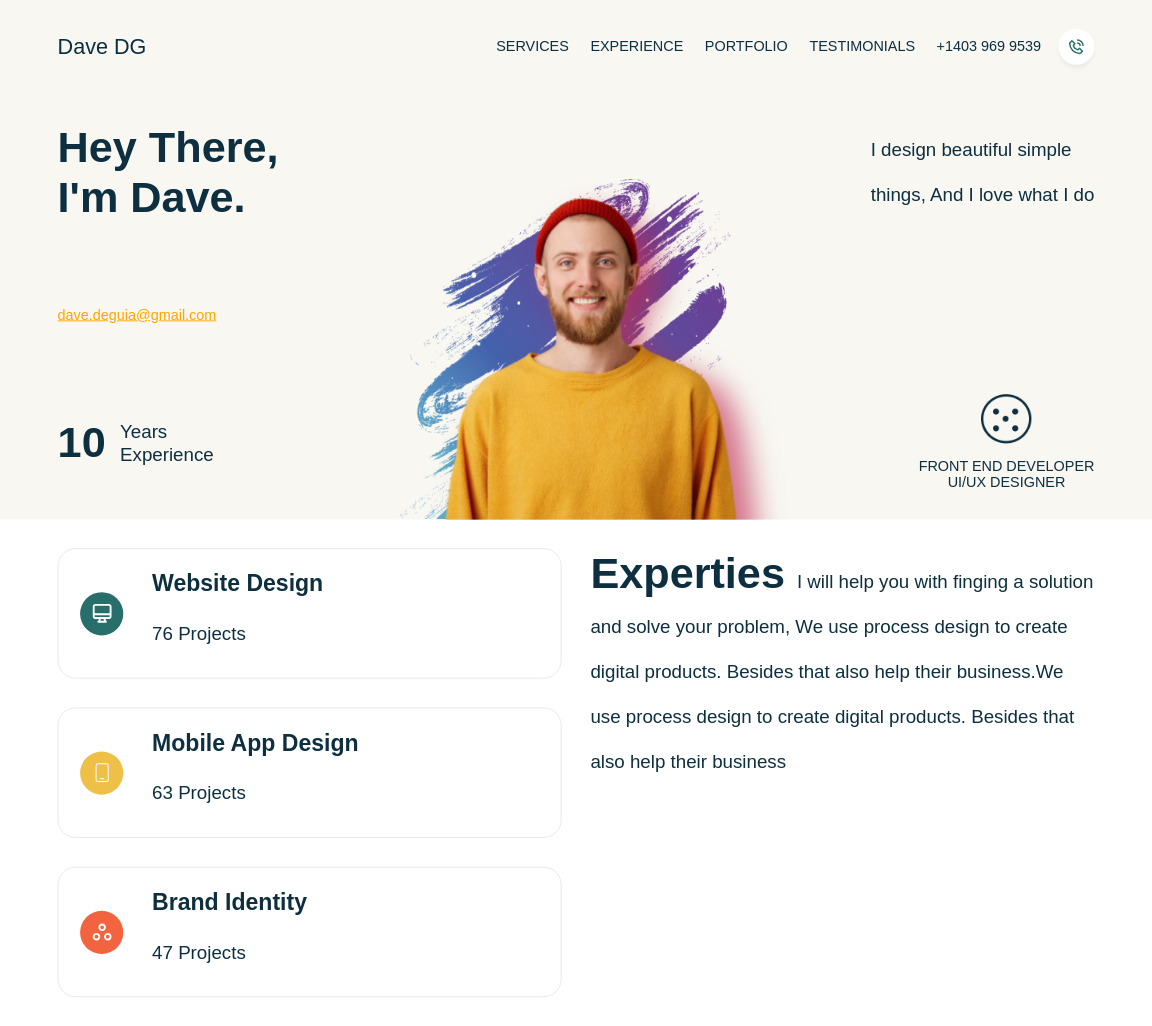
Repository: davedeguia/framer-motion-portfolio
Page: /
The author's editor kept a copy of each file at every save. The page is drawn from the files as they stood at one save, then again after the next save.
The browser window is 1280 px wide. The pictures show the whole page, at 90% of full size.
Some web fonts or font styles are not loaded; a fallback is used. The project was rebuilt for these pictures with package versions that can differ from the ones it lists, and the page was loaded fresh each time. Also part of the build but not shown: vite.config.js.

Above is the page before, as saved 2023-02-10 15:51:22.

After the next save:
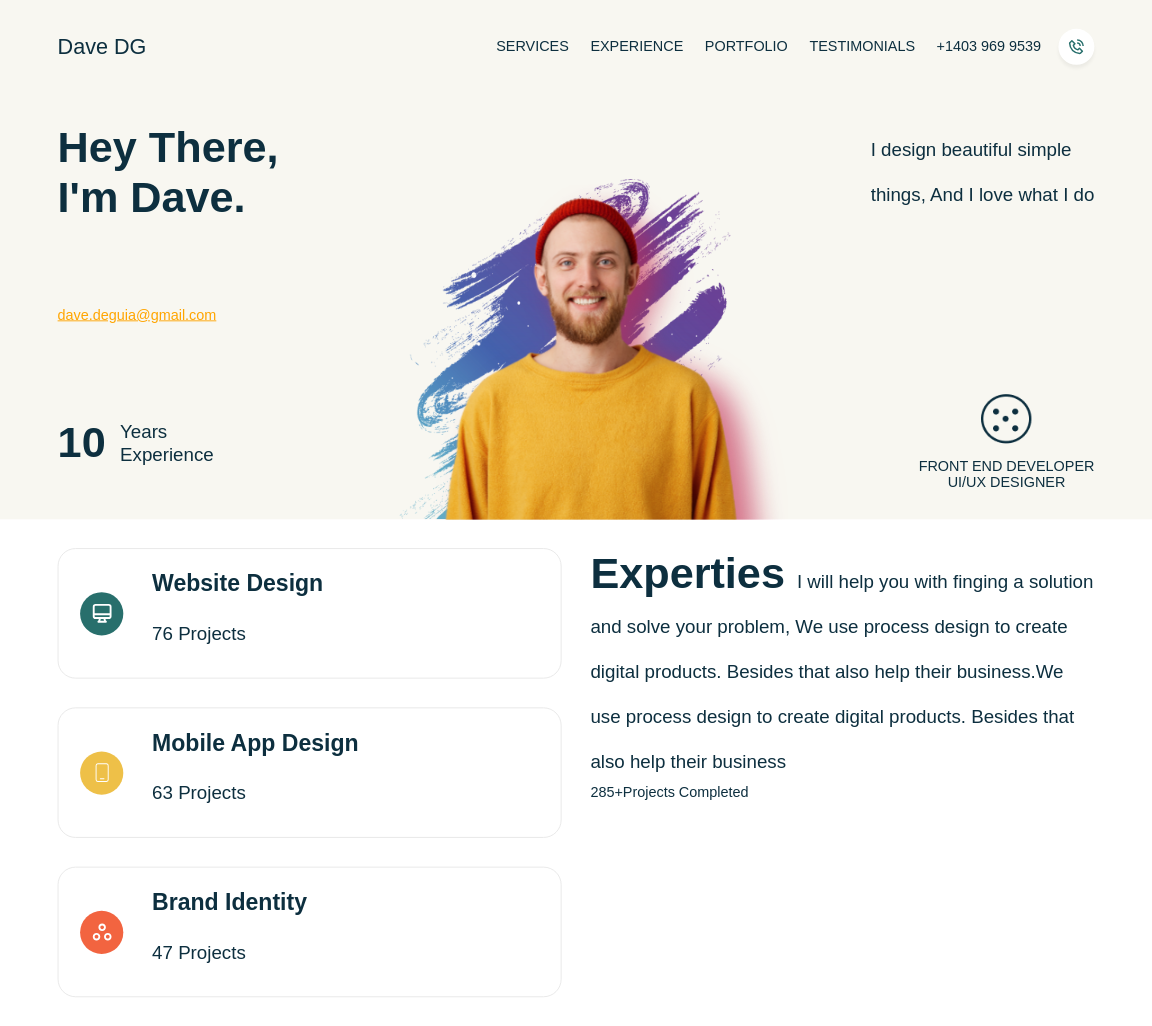
Saved 100 s later.
--- a/src/components/Experties/Experties.jsx
+++ b/src/components/Experties/Experties.jsx
@@ -34,7 +34,12 @@ const Experties = () => {
             )
           })}
 
-          <div className={css.stats}></div>
+          <div className={css.stats}>
+            <div className={css.stat}>
+              <span>285+</span>
+              <span>Projects Completed</span>
+            </div>
+          </div>
         </div>
       </div>
     </section>
